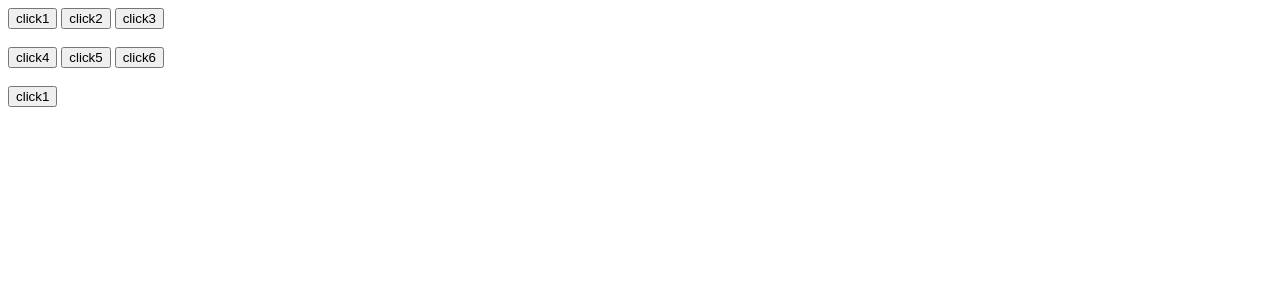
Repository: hong-bi/JsonStudy
Page: JsonApp01/WebContent/JsonTest10.html
An editor plug-in stored every save of this project. The page is shown before and after the next save, followed by the edit.
The browser window is 1280 px wide. The pictures show the whole page.

Above is the page before, as saved 2019-05-31 06:47:30.

### JsonApp01/WebContent/JsonTest10.html
<meta charset="UTF-8">
<script type="text/javascript">

	var obj6 =
	[
		"test"
	]

	var obj6_1 =
	[
		"test","test2"
	]

	var obj6_2 =
	[
		"test","test2",123, 123+1
	]


</script>

<form>

	<input type="button" value="click1" onclick="alert(obj6)">
	<input type="button" value="click2" onclick="alert(obj6_1)">
	<input type="button" value="click3" onclick="alert(obj6_2)">

	<br><br>

	<input type="button" value="click4" onclick="alert(typeof obj6)">
	<input type="button" value="click5" onclick="alert(typeof obj6_1)">
	<input type="button" value="click6" onclick="alert(typeof obj6_2)">
	<br><br>

	<input type="button" value="click1" onclick="alert(obj6[0])">

</form>

After the next save:
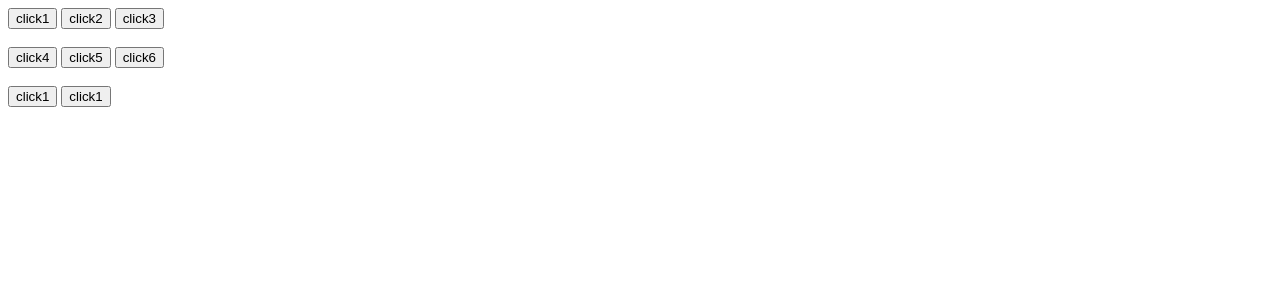
Saved 34 s later.
--- a/JsonApp01/WebContent/JsonTest10.html
+++ b/JsonApp01/WebContent/JsonTest10.html
@@ -34,4 +34,6 @@
 
 	<input type="button" value="click1" onclick="alert(obj6[0])">
 
+	<input type="button" value="click1" onclick="alert(typeof obj6[0])">
+
 </form>
